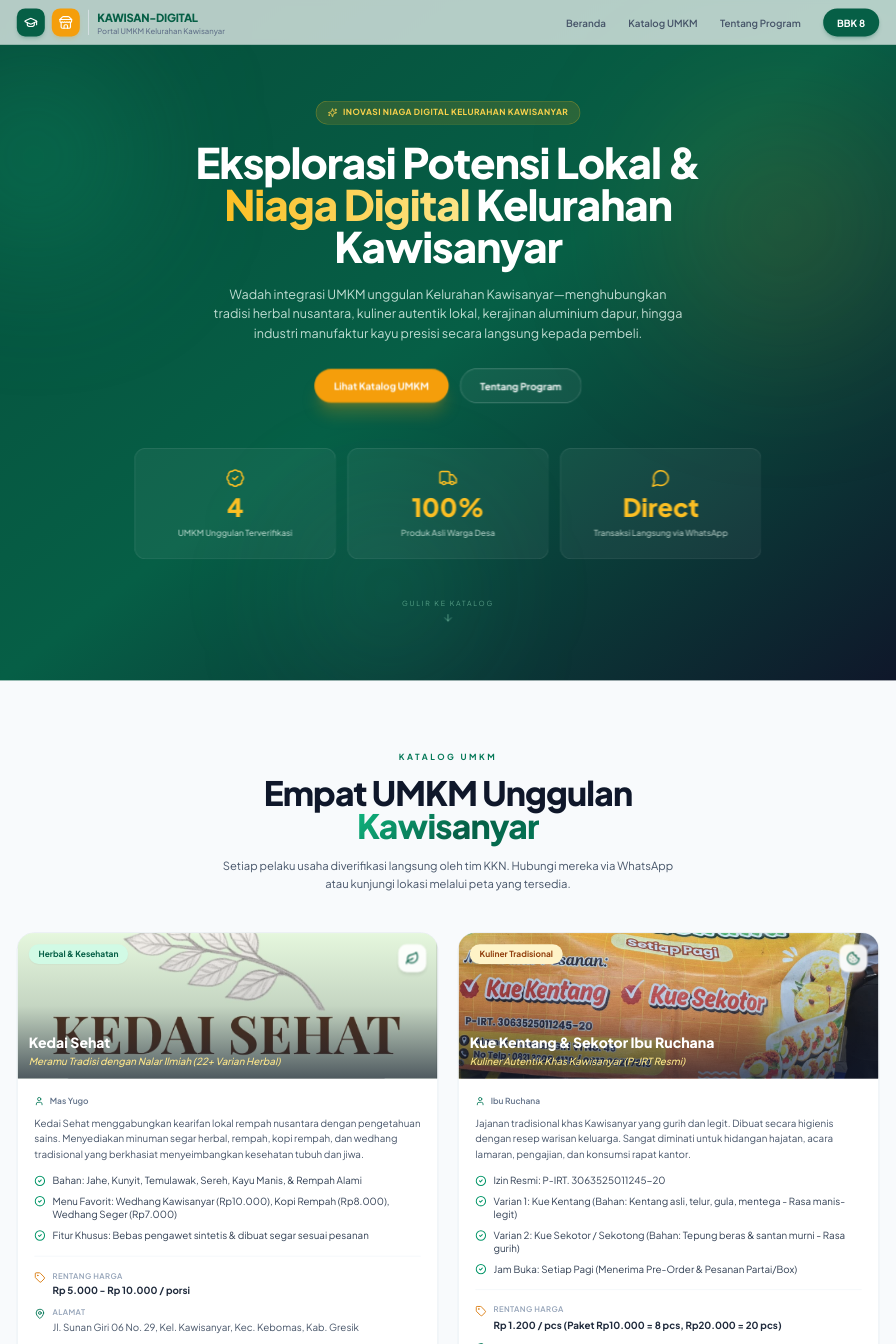
Repository: Anggaaa2006/Kawisan-Digital-
Page: /
An editor plug-in stored every save of this project. The page is shown before and after the next save, followed by the edit.
The browser window is 1280 px wide. The pictures show the part of the page from y = 0 to 1920 px (the page is 3971 px tall), at 70% of full size.
The project was rebuilt for these pictures with package versions that can differ from the ones it lists, and the page was loaded fresh each time. Also part of the build but not shown: vite.config.ts, src/components/UmkmDetail.tsx.

Above is the page before, as saved 2026-08-03 16:45:13.

### index.html
<!doctype html>
<html lang="en">
  <head>
    <meta charset="UTF-8" />
    <link rel="icon" type="image/svg+xml" href="/vite.svg" />
    <meta name="viewport" content="width=device-width, initial-scale=1.0" />
    <title>KAWISAN-DIGITAL — Portal UMKM Kelurahan Kawisanyar</title>
    <meta name="description" content="KAWISAN-DIGITAL: Etalase digital resmi BBK 8 Universitas Airlangga. Empat UMKM unggulan Kelurahan Kawisanyar — herbal, kuliner tradisional, wajan aluminium, dan manufaktur kayu presisi." />
    <meta property="og:image" content="https://bolt.new/static/og_default.png" />
    <meta name="twitter:card" content="summary_large_image" />
    <meta name="twitter:image" content="https://bolt.new/static/og_default.png" />
  </head>
  <body>
    <div id="root"></div>
    <script type="module" src="/src/main.tsx"></script>
  </body>
</html>

### src/App.tsx
import { useRouter } from '@/hooks/useRouter';
import Navbar from '@/components/Navbar';
import Hero from '@/components/Hero';
import Catalog from '@/components/Catalog';
import About from '@/components/About';
import Footer from '@/components/Footer';
import UmkmDetail from '@/components/UmkmDetail';

export default function App() {
  const route = useRouter();

  if (route.name === 'umkm') {
    return (
      <div className="min-h-screen bg-slate-50 text-slate-900">
        <Navbar />
        <main>
          <UmkmDetail id={route.id} />
        </main>
        <Footer />
      </div>
    );
  }

  return (
    <div className="min-h-screen bg-slate-50 text-slate-900">
      <Navbar />
      <main>
        <Hero />
        <Catalog />
        <About />
      </main>
      <Footer />
    </div>
  );
}

### src/index.css
@import url('https://fonts.googleapis.com/css2?family=Plus+Jakarta+Sans:wght@300;400;500;600;700;800&display=swap');

@tailwind base;
@tailwind components;
@tailwind utilities;

:root {
  --emerald: #065f46;
  --emerald-light: #10b981;
  --amber: #d97706;
  --charcoal: #0f172a;
}

* {
  -webkit-font-smoothing: antialiased;
  -moz-osx-font-smoothing: grayscale;
}

html {
  scroll-behavior: smooth;
}

body {
  font-family: 'Plus Jakarta Sans', system-ui, sans-serif;
  background-color: #f8fafc;
  color: #0f172a;
}

::selection {
  background-color: rgba(6, 95, 70, 0.2);
  color: #065f46;
}

::-webkit-scrollbar { width: 10px; }
::-webkit-scrollbar-track { background: #f1f5f9; }
::-webkit-scrollbar-thumb { background: linear-gradient(#10b981, #065f46); border-radius: 8px; }

@layer components {
  .reveal {
    opacity: 0;
    transform: translateY(36px);
    transition: opacity 0.9s cubic-bezier(0.22,1,0.36,1), transform 0.9s cubic-bezier(0.22,1,0.36,1);
  }
  .reveal.is-visible { opacity: 1; transform: translateY(0); }
  .reveal-delay-1 { transition-delay: 0.1s; }
  .reveal-delay-2 { transition-delay: 0.2s; }
  .reveal-delay-3 { transition-delay: 0.3s; }
  .reveal-delay-4 { transition-delay: 0.4s; }

  .emerald-text {
    background: linear-gradient(135deg, #10b981 0%, #065f46 60%, #047857 100%);
    -webkit-background-clip: text;
    background-clip: text;
    -webkit-text-fill-color: transparent;
  }

  .card-lift {
    transition: transform 0.5s cubic-bezier(0.22,1,0.36,1), box-shadow 0.5s ease, border-color 0.4s ease;
  }
  .card-lift:hover {
    transform: translateY(-8px);
    box-shadow: 0 30px 60px -25px rgba(6, 95, 70, 0.35);
    border-color: rgba(16, 185, 129, 0.5);
  }

  .img-zoom { transition: transform 1.2s cubic-bezier(0.22,1,0.36,1); }
  .group:hover .img-zoom { transform: scale(1.08); }
}

@layer utilities {
  .text-balance { text-wrap: balance; }
}

### src/hooks/useRouter.ts
import { useEffect, useState } from 'react';

export type Route = { name: 'home' } | { name: 'umkm'; id: string };

function parseHash(): Route {
  const hash = window.location.hash;
  const match = hash.match(/^#\/umkm\/(.+)$/);
  if (match) return { name: 'umkm', id: decodeURIComponent(match[1]) };
  return { name: 'home' };
}

export function useRouter() {
  const [route, setRoute] = useState<Route>(parseHash());

  useEffect(() => {
    const onHashChange = () => {
      setRoute(parseHash());
      window.scrollTo({ top: 0, behavior: 'auto' });
    };
    window.addEventListener('hashchange', onHashChange);
    return () => window.removeEventListener('hashchange', onHashChange);
  }, []);

  return route;
}

export function umkmUrl(id: string): string {
  return `#/umkm/${id}`;
}

### src/components/Navbar.tsx
import { useEffect, useState } from 'react';
import { Menu, X, GraduationCap, Store } from 'lucide-react';

const links = [
  { label: 'Beranda', href: '#beranda' },
  { label: 'Katalog UMKM', href: '#katalog' },
  { label: 'Tentang Program', href: '#tentang' },
];

export default function Navbar() {
  const [scrolled, setScrolled] = useState(false);
  const [open, setOpen] = useState(false);

  useEffect(() => {
    const onScroll = () => setScrolled(window.scrollY > 24);
    onScroll();
    window.addEventListener('scroll', onScroll);
    return () => window.removeEventListener('scroll', onScroll);
  }, []);

  return (
    <header
      className={`fixed inset-x-0 top-0 z-50 transition-all duration-400 ${
        scrolled
          ? 'border-b border-slate-200/70 bg-white/90 backdrop-blur-md shadow-sm'
          : 'bg-white/70 backdrop-blur-sm'
      }`}
    >
      <nav className="mx-auto flex max-w-7xl items-center justify-between px-5 py-3 sm:px-6">
        {/* Branding & partnership */}
        <a href="#beranda" className="flex items-center gap-3">
          <div className="flex items-center gap-2.5">
            <span className="flex h-10 w-10 items-center justify-center rounded-xl bg-emerald-800 text-white shadow-md shadow-emerald-800/20">
              <GraduationCap className="h-5 w-5" strokeWidth={2} />
            </span>
            <span className="flex h-10 w-10 items-center justify-center rounded-xl bg-amber-500 text-white shadow-md shadow-amber-500/20">
              <Store className="h-5 w-5" strokeWidth={2} />
            </span>
          </div>
          <div className="hidden h-9 w-px bg-slate-200 sm:block" />
          <div className="hidden flex-col leading-tight sm:flex">
            <span className="text-base font-extrabold tracking-tight text-emerald-800">
              KAWISAN-DIGITAL
            </span>
            <span className="text-[11px] font-medium text-slate-500">
              Portal UMKM Kelurahan Kawisanyar
            </span>
          </div>
        </a>

        {/* Desktop nav */}
        <div className="hidden items-center gap-8 md:flex">
          {links.map((l) => (
            <a
              key={l.href}
              href={l.href}
              className="group relative text-sm font-semibold text-slate-600 transition-colors hover:text-emerald-800"
            >
              {l.label}
              <span className="absolute -bottom-1.5 left-0 h-0.5 w-0 bg-emerald-600 transition-all duration-300 group-hover:w-full" />
            </a>
          ))}
          <a
            href="#katalog"
            className="rounded-full bg-emerald-800 px-5 py-2.5 text-sm font-bold text-white shadow-md shadow-emerald-800/25 transition-all hover:bg-emerald-900 hover:shadow-lg hover:shadow-emerald-800/30"
          >
            BBK 8
          </a>
        </div>

        {/* Mobile toggle */}
        <button
          onClick={() => setOpen((v) => !v)}
          className="flex h-10 w-10 items-center justify-center rounded-lg border border-slate-200 text-emerald-800 md:hidden"
          aria-label="Menu"
        >
          {open ? <X className="h-5 w-5" /> : <Menu className="h-5 w-5" />}
        </button>
      </nav>

      {/* Mobile menu */}
      <div
        className={`overflow-hidden border-t border-slate-100 bg-white transition-all duration-400 md:hidden ${
          open ? 'max-h-72' : 'max-h-0'
        }`}
      >
        <div className="space-y-1 px-5 py-3">
          {links.map((l) => (
            <a
              key={l.href}
              href={l.href}
              onClick={() => setOpen(false)}
              className="block rounded-lg px-4 py-3 text-sm font-semibold text-slate-700 transition-colors hover:bg-emerald-50 hover:text-emerald-800"
            >
              {l.label}
            </a>
          ))}
          <a
            href="#katalog"
            onClick={() => setOpen(false)}
            className="mt-2 block rounded-lg bg-emerald-800 px-4 py-3 text-center text-sm font-bold text-white"
          >
            Expo BBK 8 Kecamatan Kebomas 2026
          </a>
        </div>
      </div>
    </header>
  );
}

### src/components/About.tsx
import { useReveal } from '@/hooks/useReveal';
import { Target, Smartphone, Handshake, TrendingUp } from 'lucide-react';

const pillars = [
  {
    icon: Target,
    title: 'Identifikasi Potensi',
    text: 'Memetakan dan memverifikasi UMKM unggulan warga Kawisanyar secara langsung di lapangan.',
  },
  {
    icon: Smartphone,
    title: 'Digitalisasi Niaga',
    text: 'Membangun etalase digital agar produk lokal dapat dilihat dan dipesan dari mana saja.',
  },
  {
    icon: Handshake,
    title: 'Hubungan Langsung',
    text: 'Menghubungkan pembeli langsung ke pelaku usaha via WhatsApp—tanpa perantara.',
  },
  {
    icon: TrendingUp,
    title: 'Dampak Berkelanjutan',
    text: 'Mendorong pertumbuhan ekonomi desa dan melestarikan komoditas khas Kawisanyar.',
  },
];

export default function About() {
  const ref = useReveal<HTMLDivElement>();

  return (
    <section id="tentang" ref={ref} className="relative overflow-hidden bg-white py-24">
      <div className="pointer-events-none absolute -right-32 top-10 h-80 w-80 rounded-full bg-emerald-100/60 blur-3xl" />
      <div className="pointer-events-none absolute -left-32 bottom-10 h-80 w-80 rounded-full bg-amber-100/50 blur-3xl" />

      <div className="relative mx-auto max-w-7xl px-5 sm:px-6">
        <div className="grid gap-14 lg:grid-cols-2 lg:items-center">
          <div className="reveal">
            <span className="text-xs font-bold uppercase tracking-[0.3em] text-emerald-700">
              Tentang Program
            </span>
            <h2 className="mt-4 font-sans text-3xl font-extrabold tracking-tight text-slate-900 sm:text-4xl md:text-5xl">
              Dari Lapangan ke <span className="emerald-text">Layar</span>, <br className="hidden sm:block" />
              dari Warga ke Dunia
            </h2>
            <p className="mt-6 text-base leading-relaxed text-slate-600">
              KAWISAN-DIGITAL adalah inovasi niaga digital yang diinisiasi oleh Tim BBK 8 2026
              Universitas Airlangga untuk Kelurahan Kawisanyar, Kecamatan Kebomas, Kabupaten
              Gresik. Program ini hadir sebagai wujud nyata pengabdian mahasiswa dalam
              memberdayakan ekonomi mikro masyarakat.
            </p>
            <p className="mt-4 text-base leading-relaxed text-slate-600">
              Kami memetakan UMKM potensial, memverifikasi kualitas dan legalitasnya, lalu
              membangun etalase digital yang menghubungkan pelaku usaha langsung dengan
              pembeli—tanpa perantara, tanpa biaya tersembunyi.
            </p>

            <div className="mt-8 flex flex-wrap gap-3">
              <span className="rounded-full bg-emerald-50 px-4 py-2 text-sm font-semibold text-emerald-800">
                Universitas Airlangga
              </span>
              <span className="rounded-full bg-amber-50 px-4 py-2 text-sm font-semibold text-amber-700">
                BBK 8 2026
              </span>
              <span className="rounded-full bg-slate-100 px-4 py-2 text-sm font-semibold text-slate-700">
                Kel. Kawisanyar
              </span>
            </div>
          </div>

          <div className="reveal reveal-delay-2 grid gap-5 sm:grid-cols-2">
            {pillars.map((p) => (
              <div
                key={p.title}
                className="group rounded-2xl border border-slate-200 bg-gradient-to-b from-slate-50 to-white p-6 card-lift"
              >
                <span className="flex h-12 w-12 items-center justify-center rounded-xl bg-emerald-800 text-white shadow-md shadow-emerald-800/20 transition-transform group-hover:scale-110">
                  <p.icon className="h-6 w-6" strokeWidth={1.8} />
                </span>
                <h3 className="mt-5 text-lg font-bold text-slate-900">{p.title}</h3>
                <p className="mt-2 text-sm leading-relaxed text-slate-600">{p.text}</p>
              </div>
            ))}
          </div>
        </div>
      </div>
    </section>
  );
}

### src/components/Footer.tsx
import { GraduationCap, Store, MapPin, Heart } from 'lucide-react';

export default function Footer() {
  return (
    <footer className="relative overflow-hidden bg-slate-900 pt-16 pb-8 text-slate-300">
      <div className="pointer-events-none absolute -left-20 -top-20 h-60 w-60 rounded-full bg-emerald-700/15 blur-3xl" />
      <div className="pointer-events-none absolute -right-20 bottom-0 h-60 w-60 rounded-full bg-amber-600/10 blur-3xl" />

      <div className="relative mx-auto max-w-7xl px-5 sm:px-6">
        <div className="grid gap-10 md:grid-cols-3">
          {/* Brand */}
          <div>
            <div className="flex items-center gap-3">
              <div className="flex items-center gap-2.5">
                <span className="flex h-10 w-10 items-center justify-center rounded-xl bg-emerald-700 text-white">
                  <GraduationCap className="h-5 w-5" strokeWidth={2} />
                </span>
                <span className="flex h-10 w-10 items-center justify-center rounded-xl bg-amber-500 text-white">
                  <Store className="h-5 w-5" strokeWidth={2} />
                </span>
              </div>
              <div className="flex flex-col leading-tight">
                <span className="text-base font-extrabold tracking-tight text-white">
                  KAWISAN-DIGITAL
                </span>
                <span className="text-[11px] font-medium text-slate-400">
                  Portal UMKM Kelurahan Kawisanyar
                </span>
              </div>
            </div>
            <p className="mt-5 max-w-sm text-sm leading-relaxed text-slate-400">
              Etalase digital resmi BBK 8 2026 Universitas Airlangga yang menghubungkan UMKM
              unggulan Kawisanyar langsung kepada pembeli.
            </p>
          </div>

          {/* Quick links */}
          <div>
            <h4 className="text-sm font-bold uppercase tracking-wider text-white">Navigasi</h4>
            <ul className="mt-4 space-y-2.5 text-sm">
              {[
                { l: 'Beranda', h: '#beranda' },
                { l: 'Katalog UMKM', h: '#katalog' },
                { l: 'Tentang Program', h: '#tentang' },
                { l: 'Expo KKN 2026', h: '#katalog' },
              ].map((x) => (
                <li key={x.h}>
                  <a href={x.h} className="text-slate-400 transition-colors hover:text-amber-400">
                    {x.l}
                  </a>
                </li>
              ))}
            </ul>
          </div>

          {/* Location */}
          <div>
            <h4 className="text-sm font-bold uppercase tracking-wider text-white">Lokasi Program</h4>
            <div className="mt-4 flex items-start gap-2.5 text-sm text-slate-400">
              <MapPin className="mt-0.5 h-4 w-4 flex-shrink-0 text-emerald-400" />
              <span className="leading-relaxed">
                Kelurahan Kawisanyar, Kecamatan Kebomas, Kabupaten Gresik, Jawa Timur
              </span>
            </div>
            <a
              href="https://maps.google.com/?q=Kawisanyar+Kebomas+Gresik"
              target="_blank"
              rel="noopener noreferrer"
              className="mt-4 inline-flex rounded-lg border border-slate-700 px-4 py-2 text-xs font-semibold text-slate-300 transition-colors hover:border-emerald-600 hover:bg-emerald-900/30 hover:text-emerald-300"
            >
              Lihat di Peta
            </a>
          </div>
        </div>

        <div className="mt-12 border-t border-slate-800 pt-6">
          <p className="text-center text-sm text-slate-400">
            Diinisiasi oleh Tim BBK 8 2026 Universitas Airlangga — Kelurahan Kawisanyar, Kecamatan
            Kebomas, Kabupaten Gresik.
          </p>
          <p className="mt-3 flex items-center justify-center gap-1.5 text-center text-xs text-slate-500">
            © 2026 KAWISAN-DIGITAL. All Rights Reserved.
            <span className="text-emerald-500">·</span>
            Dibuat dengan
            <Heart className="h-3 w-3 fill-amber-500 text-amber-500" />
            untuk Nusantara
          </p>
        </div>
      </div>
    </footer>
  );
}

### src/hooks/useReveal.ts
import { useEffect, useRef } from 'react';

export function useReveal<T extends HTMLElement = HTMLDivElement>() {
  const ref = useRef<T>(null);

  useEffect(() => {
    const el = ref.current;
    if (!el) return;
    const observer = new IntersectionObserver(
      (entries) => {
        entries.forEach((entry) => {
          if (entry.isIntersecting) {
            entry.target.classList.add('is-visible');
            observer.unobserve(entry.target);
          }
        });
      },
      { threshold: 0.12, rootMargin: '0px 0px -50px 0px' },
    );
    el.querySelectorAll('.reveal').forEach((node) => observer.observe(node));
    return () => observer.disconnect();
  }, []);

  return ref;
}

Loaded but not shown: src/main.tsx (common file); tailwind.config.js (36 lines, source omitted); src/data/umkm.ts (183 lines, source omitted); src/components/Catalog.tsx (163 lines, source omitted); src/components/Hero.tsx (149 lines, source omitted)

After the next save:
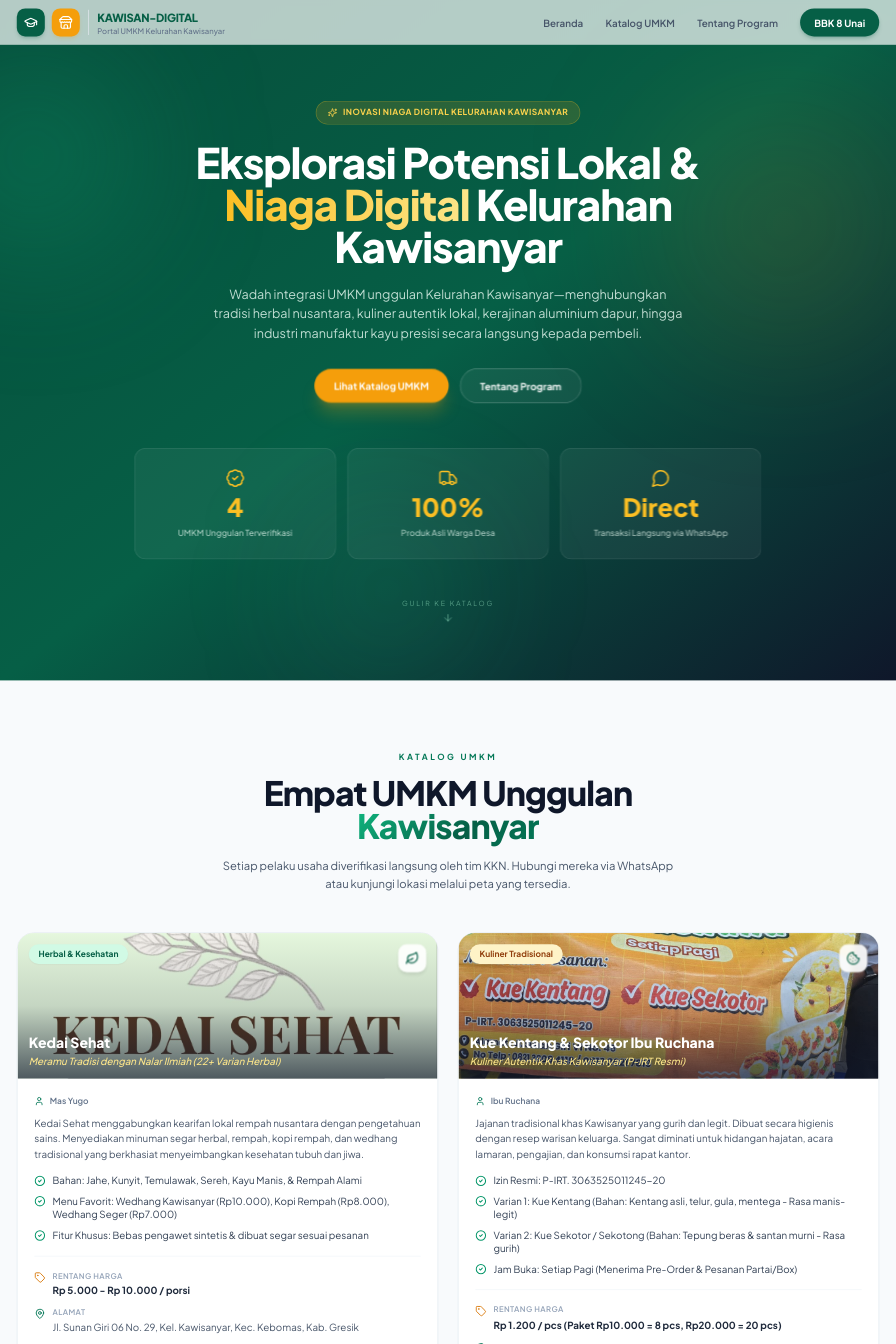
Saved 8 s later.
--- a/src/components/Navbar.tsx
+++ b/src/components/Navbar.tsx
@@ -64,7 +64,7 @@ export default function Navbar() {
             href="#katalog"
             className="rounded-full bg-emerald-800 px-5 py-2.5 text-sm font-bold text-white shadow-md shadow-emerald-800/25 transition-all hover:bg-emerald-900 hover:shadow-lg hover:shadow-emerald-800/30"
           >
-            BBK 8
+            BBK 8 Unai
           </a>
         </div>
 
